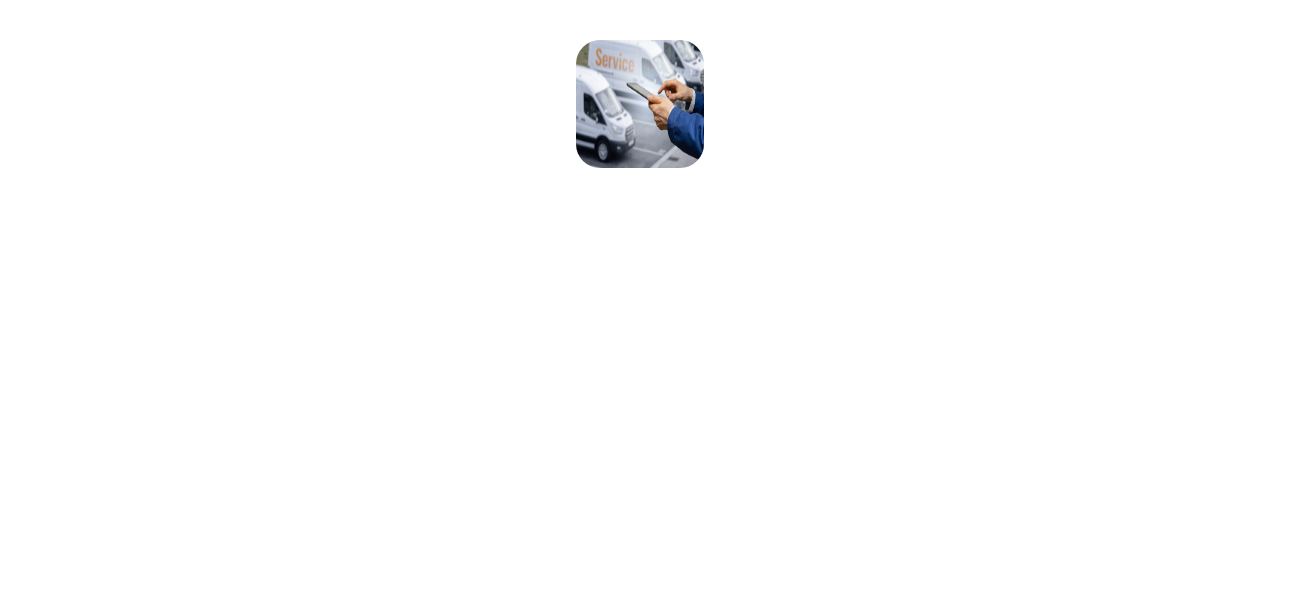
Repository: adityadhimaann/fleettrack
Page: images.html
An editor plug-in stored every save of this project. The page is shown before and after a run of saves, followed by the edit.
The browser window is 1280 px wide. The page is 1280 px wide, then 1312 px, so the pictures cover 1312 px, including what lies to the right of the window. The pictures show the whole page.
Some web libraries are served in a nearby version.

Above is the page before, as saved 2025-04-09 12:19:46.

After the next 4 saves:
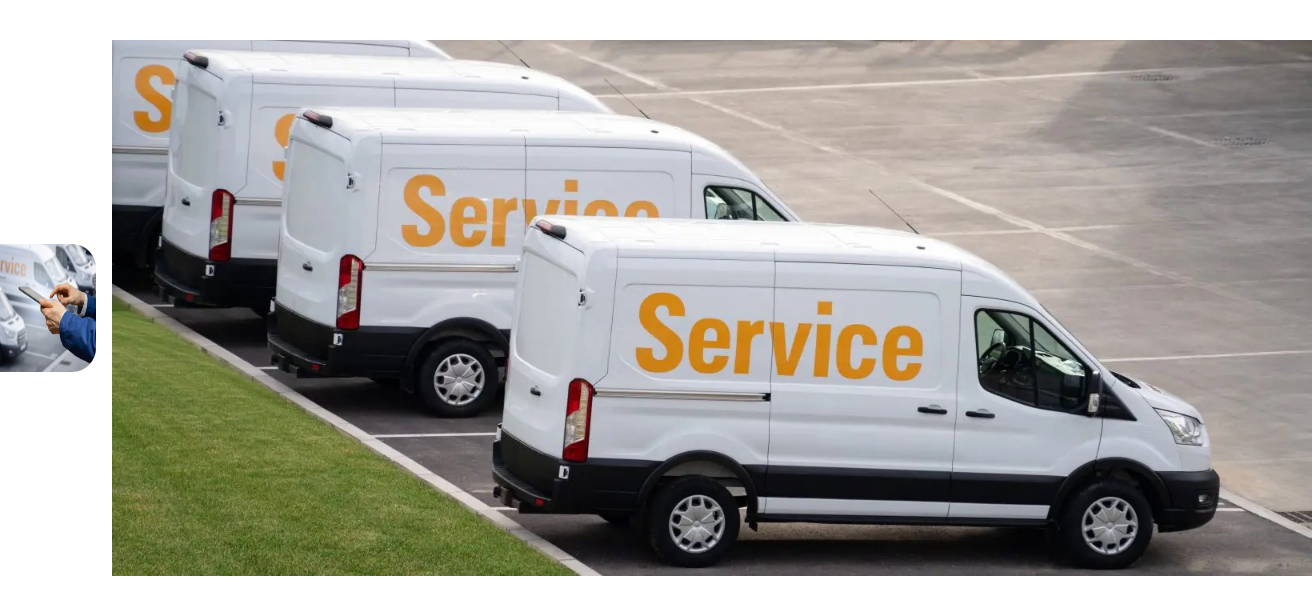
The 4 saves are shown as one change because they came seconds apart.
The last was saved 15 s later.
--- a/images.html
+++ b/images.html
@@ -14,7 +14,7 @@
     <!-- image gallery -->
      <div class="flex justify-center items-center gap-4 m-10">
         <img src="/images/fleet1.jpg" alt="" class="w-32 h-32 rounded-3xl cursor-pointer hover:scale-105 transition" onclick="addimage(0)">
-
+        <img src="/images/fleet2.jpeg" alt="">
      </div>
 </body>
 </html>
